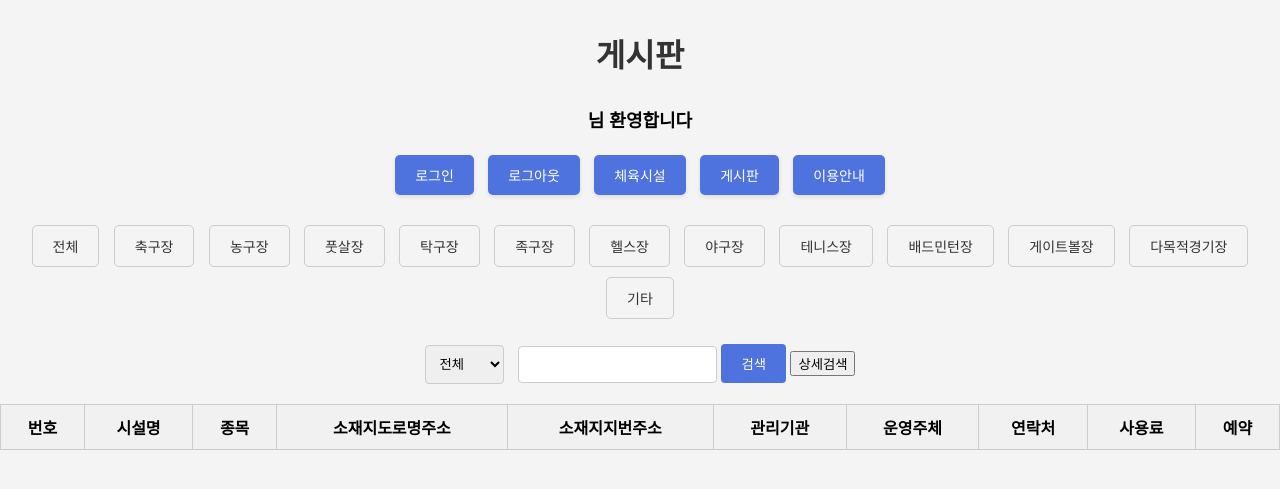
Repository: shinyunseok/portfolio1
Page: http://localhost/portfolio/WEB-INF/board/getBoard.jsp
These files come from the project's save history. The page is drawn as it stood at one moment and after the next save; the edit follows.
The browser window is 1280 px wide. The pictures show the whole page.
The page is served by Tomcat 10. Nobody is signed in. The template is opened directly, without the code that normally fills it, so the values that code supplies are empty.

Above is the page before, as saved 2023-05-26 06:03:22.

After the next save:
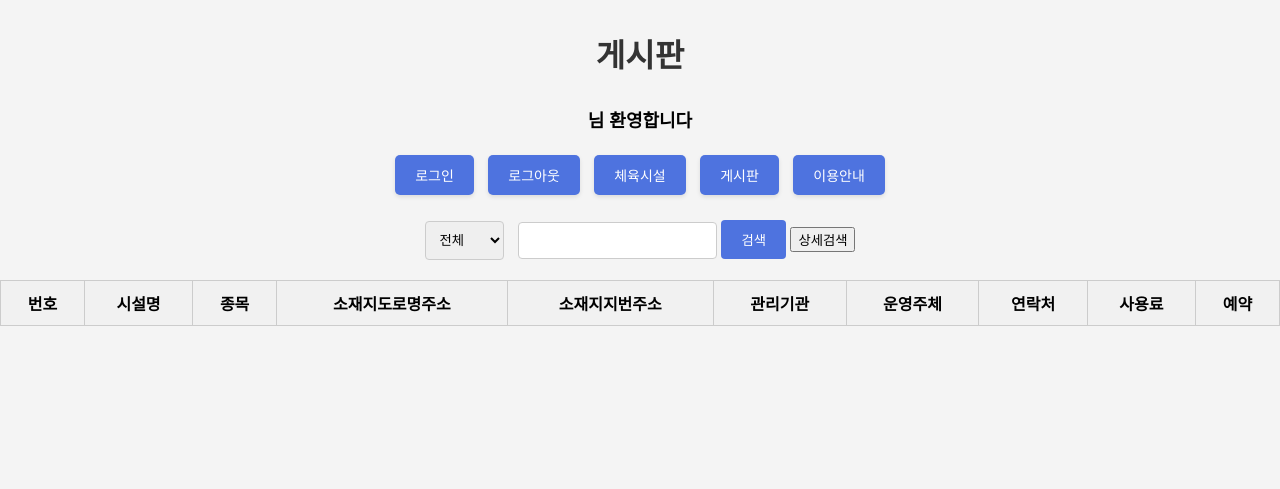
Saved 17 s later.
--- a/portfolio/src/main/webapp/WEB-INF/board/getBoard.jsp
+++ b/portfolio/src/main/webapp/WEB-INF/board/getBoard.jsp
@@ -219,21 +219,7 @@ td {
     <a href="getBoardList.do">게시판</a>
     <a href="#">이용안내</a>
 </div>
-<div class="selectEvent">
-	<a href="getSportList.do">전체</a>
-	<a href="getSportList.do?searchKeyword=축구">축구장</a>
-	<a href="getSportList.do?searchKeyword=농구">농구장</a>
-	<a href="getSportList.do?searchKeyword=풋살">풋살장</a>
-	<a href="getSportList.do?searchKeyword=탁구">탁구장</a>
-	<a href="getSportList.do?searchKeyword=족구">족구장</a>
-	<a href="getSportList.do?searchKeyword=헬스">헬스장</a>
-	<a href="getSportList.do?searchKeyword=야구">야구장</a>
-	<a href="getSportList.do?searchKeyword=테니스">테니스장</a>
-	<a href="getSportList.do?searchKeyword=배드민턴">배드민턴장</a>
-	<a href="getSportList.do?searchKeyword=게이트볼">게이트볼장</a>
-	<a href="getSportList.do?searchKeyword=다목적">다목적경기장</a>
-	<a href="getSportList.do?searchKeyword=기타">기타</a>
-</div>
+
 <div id="selectBar" style="text-align: center;">
 	<select>
 		<option>전체</option>
